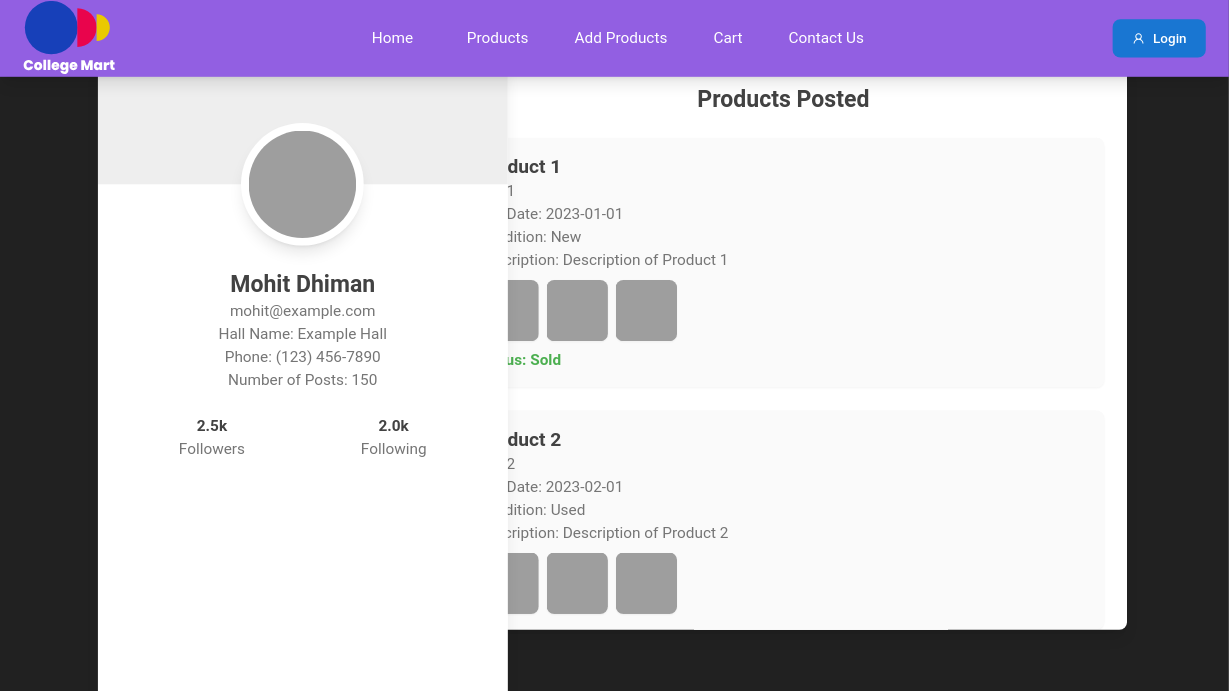
Repository: kumar1397/College-Mart
Page: /home/profile
These files come from the project's save history. The page is drawn as it stood at one moment and after the next save; the edit follows.
The browser window is 1280 px wide. The pictures show the whole page, at 96% of full size.
Pictures or frames that could not be fetched are drawn as grey boxes. An inner scrolling area shows only its first screen. Some web fonts or font styles are not loaded; a fallback is used. Some web libraries are served in a nearby version. The project was rebuilt for these pictures with package versions that can differ from the ones it lists, and the page was loaded fresh each time. Also part of the build but not shown: src/components/forgetPassword/forgetpassword.jsx, src/components/Auth.js, src/components/hero/Heronavbar.jsx, src/components/hero/footer.jsx, src/components/hero/Carousel.jsx, src/components/hero/Hero.jsx, src/components/new-home-page/header.jsx, src/components/new-home-page/footer_cont.jsx and 12 more.

Above is the page before, as saved 2024-07-15 15:40:10.

After the next save:
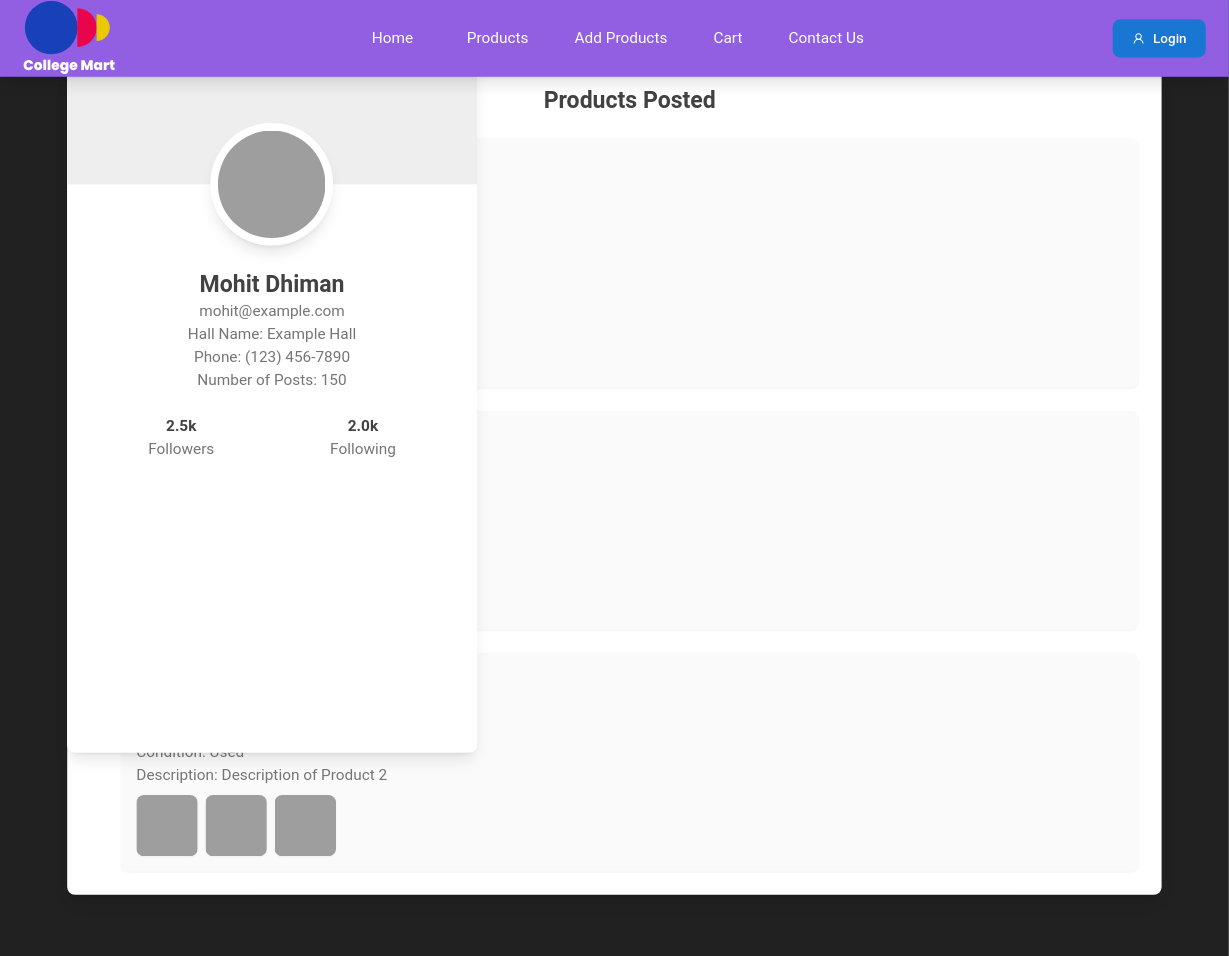
Saved 2 min 13 s later.
--- a/src/components/profile/profile.jsx
+++ b/src/components/profile/profile.jsx
@@ -37,8 +37,8 @@ export default function Profile() {
     return (
         <>
             <Navbar />
-            <div className="bg-gray-900 h-screen flex">
-                <div className="container mx-auto my-16 px-8 flex">
+            <div className="bg-gray-900 min-h-screen flex">
+                <div className="container mx-auto my-16 flex">
                     <div className="lg:w-1/3 bg-white rounded-lg shadow-lg overflow-hidden fixed h-full">
                         <div className="h-32 bg-gray-200"></div>
                         <div className="flex justify-center -mt-16">
@@ -63,7 +63,7 @@ export default function Profile() {
                         </div>
                     </div>
 
-                    <div className="lg:w-2/3 lg:ml-[33%] mt-8 lg:mt-0 bg-white rounded-lg shadow-lg overflow-y-auto h-full">
+                    <div className="lg:ml-1/3 w-full bg-white rounded-lg shadow-lg overflow-y-auto h-full pl-8">
                         <div className="p-6">
                             <h2 className="text-2xl font-semibold text-gray-800 text-center">Products Posted</h2>
                             <div className="mt-6 space-y-6">
